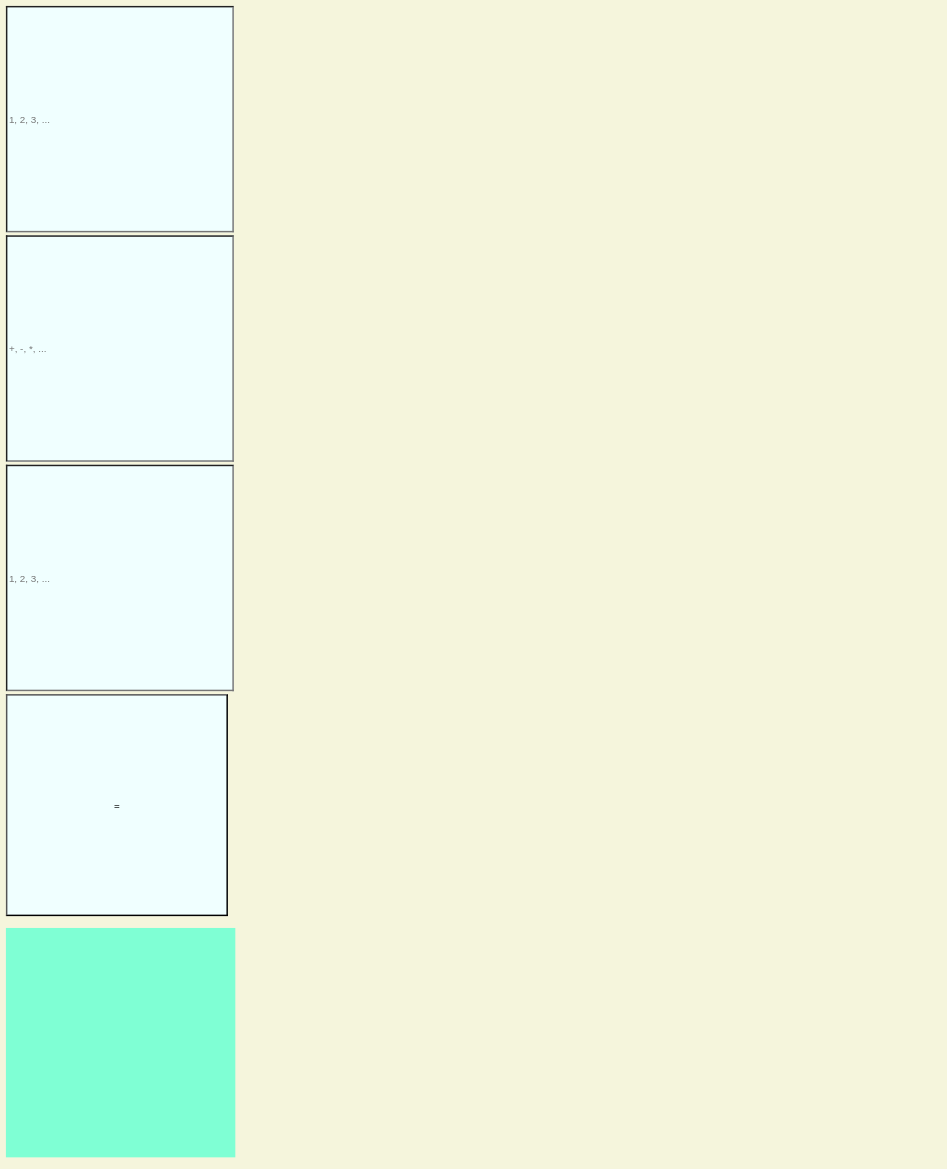
Repository: WesleyErasmus/threeInputCalculator
Page: html/if-calculator.html
These files come from the project's save history. The page is drawn as it stood at one moment and after the next save; the edit follows.
The browser window is 1280 px wide. The pictures show the whole page, at 74% of full size.

Above is the page before, as saved 2022-04-27 22:05:08.

### html/if-calculator.html
<!DOCTYPE html>
<html lang="en">
<head>
    <meta charset="UTF-8">
    <meta http-equiv="X-UA-Compatible" content="IE=edge">
    <meta name="viewport" content="width=device-width, initial-scale=1.0">
    <title>JS If Calculator</title>
    <link rel="stylesheet" href="/css/stylesheet.css">
    <script src="/js/if-calculator.js"></script>

</head>
<body>

    <form onsubmit="return false;">
        <div class="inputField">
        <!-- <label for="input1">Enter a number</label> -->
         <input id="input1" type="text" name = "input1" placeholder="1, 2, 3, ..."> <!-- input-1 -->
        </div>
        <div class="inputField">
         <!-- <label for="input3">Enter operator</label> -->
         <input id="input3" type="text" name = "input3" placeholder="+, -, *, ..."> <!-- input-3 (operator) -->
        </div>
        <div class="inputField">
         <!-- <label for="input2">Enter a number </label> -->
         <input id="input2" type="text" name = "input2" placeholder="1, 2, 3, ..."> <!-- input-2 -->
        </div>
         <button onclick="sum()">=</button>
         <p id="output"></p>
    </form>

</body>
</html>

### css/stylesheet.css
body {
    background-color: beige;
}
form {

}
input, button {
    width: 300px;
    height: 300px;
    background-color: azure;
}
.inputField {
    width: 310px;
    height: 310px;
}
p {
    width: 310px;
    height: 310px;
    background-color: aquamarine;
}

### js/if-calculator.js
function sum() {
const num1 = document.getElementById("input1").value;
const num2 = document.getElementById("input2").value;
const operator = document.getElementById("input3").value;
const output = document.getElementById("output").value;
  let answer;
  document.getElementById("output").value;
  if (operator == '+') {
    answer = +num1 + +num2;
    document.getElementById("output").innerHTML = answer;
  } else if (operator == '-') {
    answer = num1 - num2;
    document.getElementById("output").innerHTML = answer;
  } else if (operator == '*') {
    answer = num1 * num2;
    document.getElementById("output").innerHTML = answer;
  } else {
    answer = num1 / num2;
    document.getElementById("output").innerHTML = answer;
  }console.log(answer);
}

After the next save:
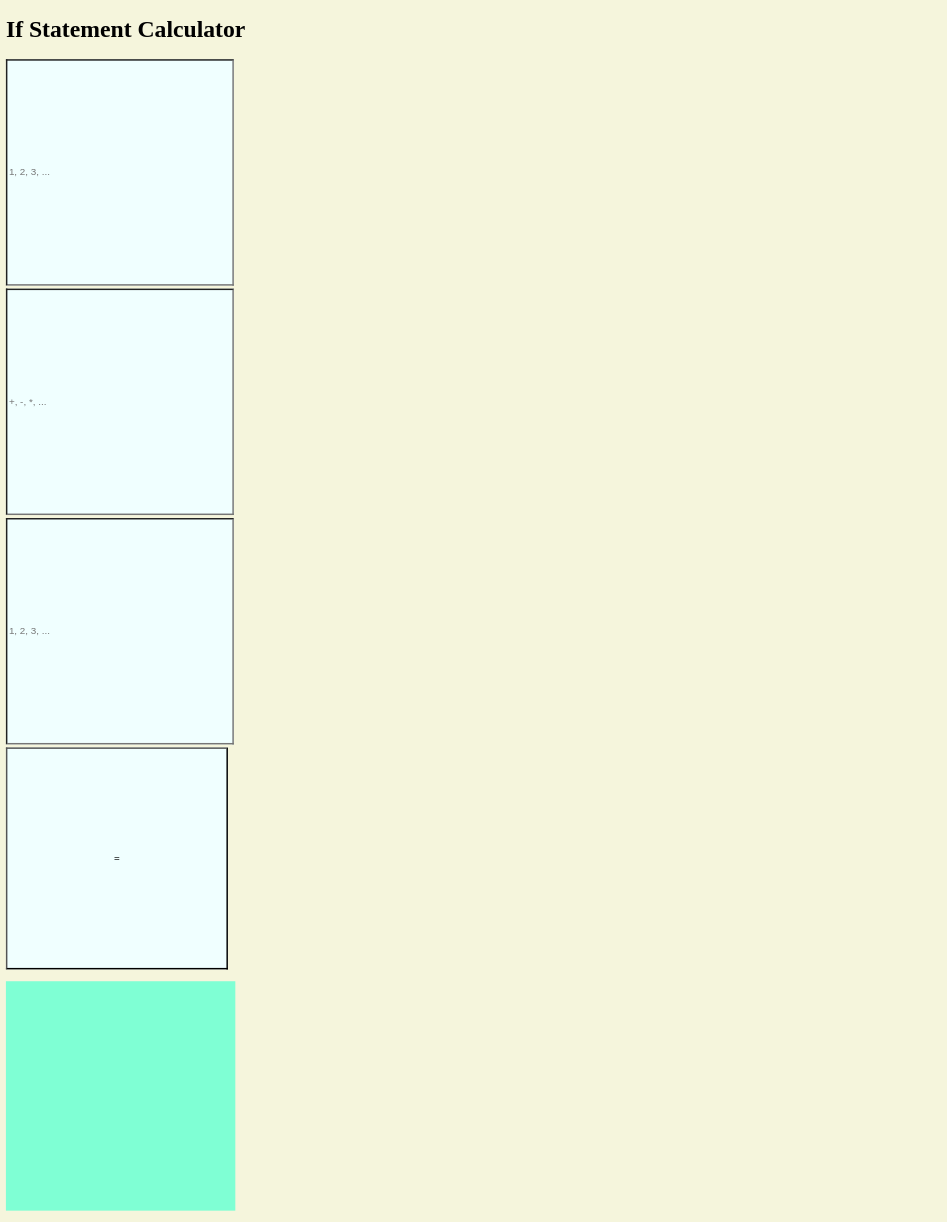
Saved 62 s later.
--- a/html/if-calculator.html
+++ b/html/if-calculator.html
@@ -10,7 +10,7 @@
 
 </head>
 <body>
-
+<h1>If Statement Calculator</h1>
     <form onsubmit="return false;">
         <div class="inputField">
         <!-- <label for="input1">Enter a number</label> -->
